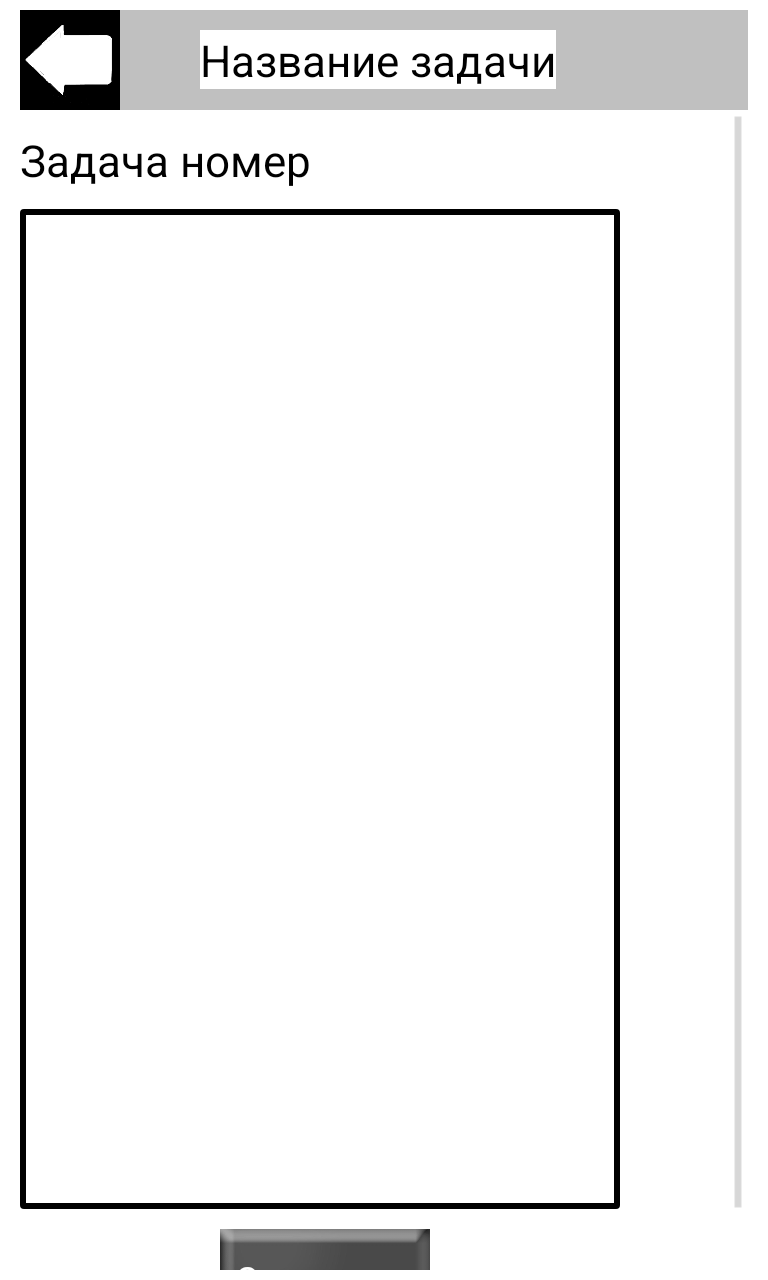
Repository: webguild/RedmineMobile
Layout: Android/RedmineAndroid/res/layout/project_task_edit.xml
An editor plug-in stored every save of this project. The layout is shown before and after the next save, followed by the edit.
It is drawn on a 768 x 1280 px phone screen (xhdpi) without system bars, with theme AppTheme; the app's code is not run. Lists and similar views that code fills are empty.

Above is the layout before, as saved 2013-01-21 15:05:50.

After the next save:
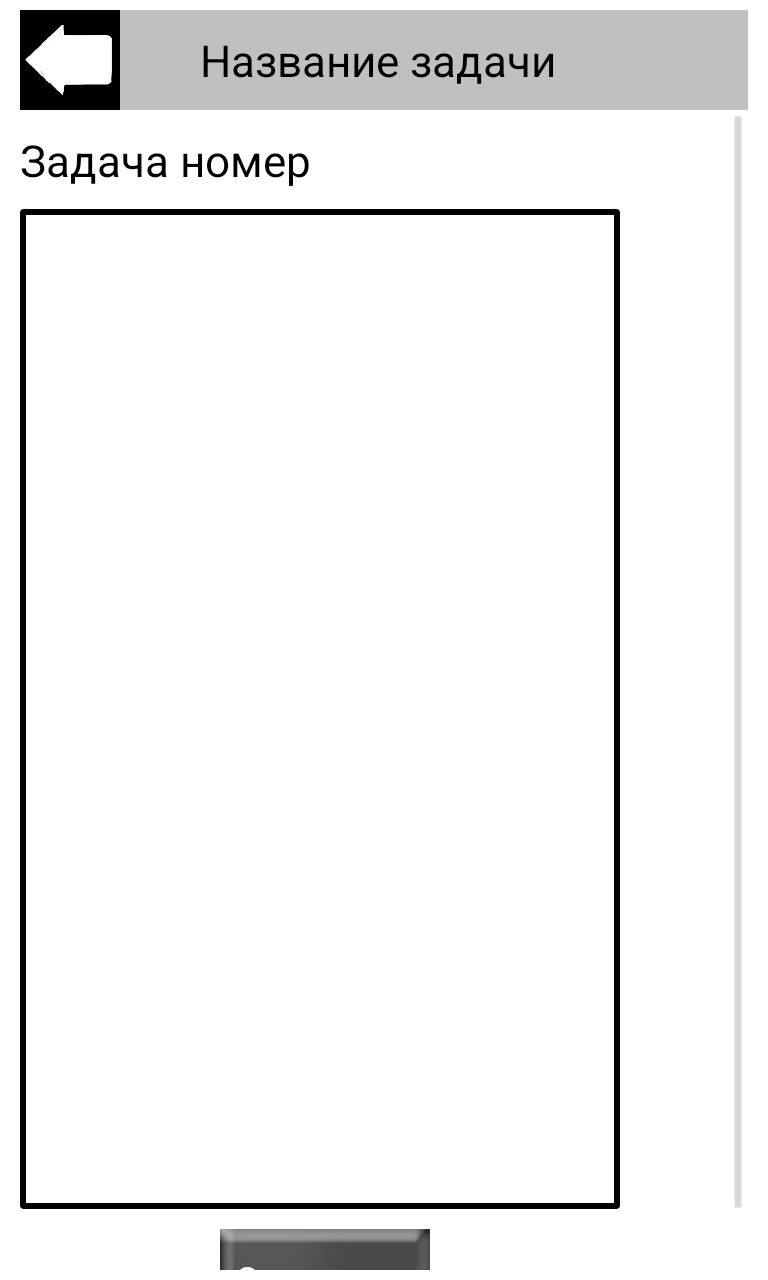
Saved 65 s later.
--- a/Android/RedmineAndroid/res/layout/project_task_edit.xml
+++ b/Android/RedmineAndroid/res/layout/project_task_edit.xml
@@ -26,7 +26,6 @@
             android:layout_height="wrap_content"
             android:layout_gravity="center"
             android:layout_marginLeft="40dp"
-            android:background="#fff"
             android:text="Название задачи"
             android:textAppearance="?android:attr/textAppearanceLarge" />
 
